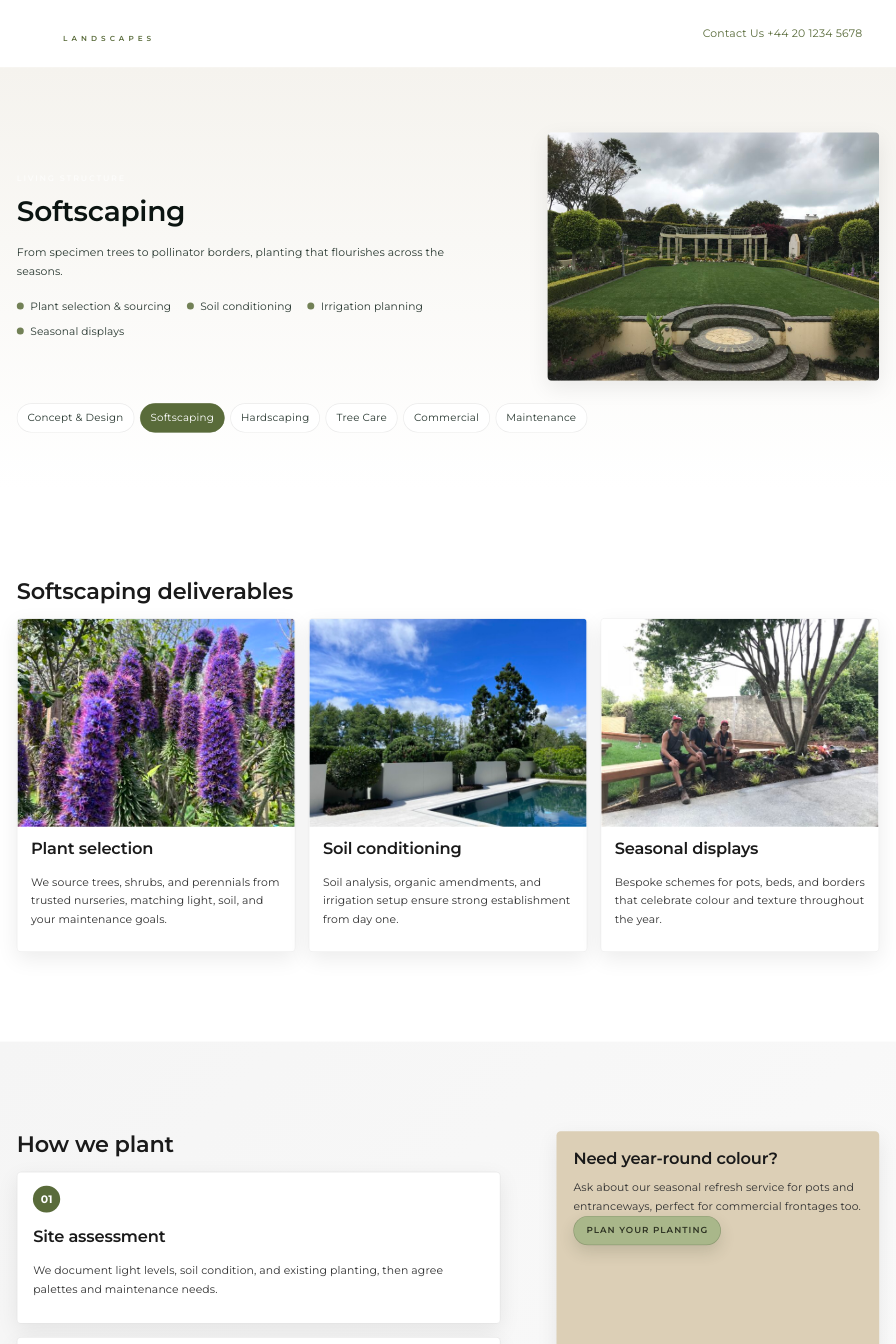
Repository: JoelMann1/MackenzieLandscapes
Page: softscaping.html
The author's editor kept a copy of each file at every save. The page is drawn from the files as they stood at one save, then again after the next save.
The browser window is 1280 px wide. The pictures show the part of the page from y = 0 to 1920 px (the page is 3868 px tall), at 70% of full size.

Above is the page before, as saved 2025-10-31 14:15:45.

After the next save:
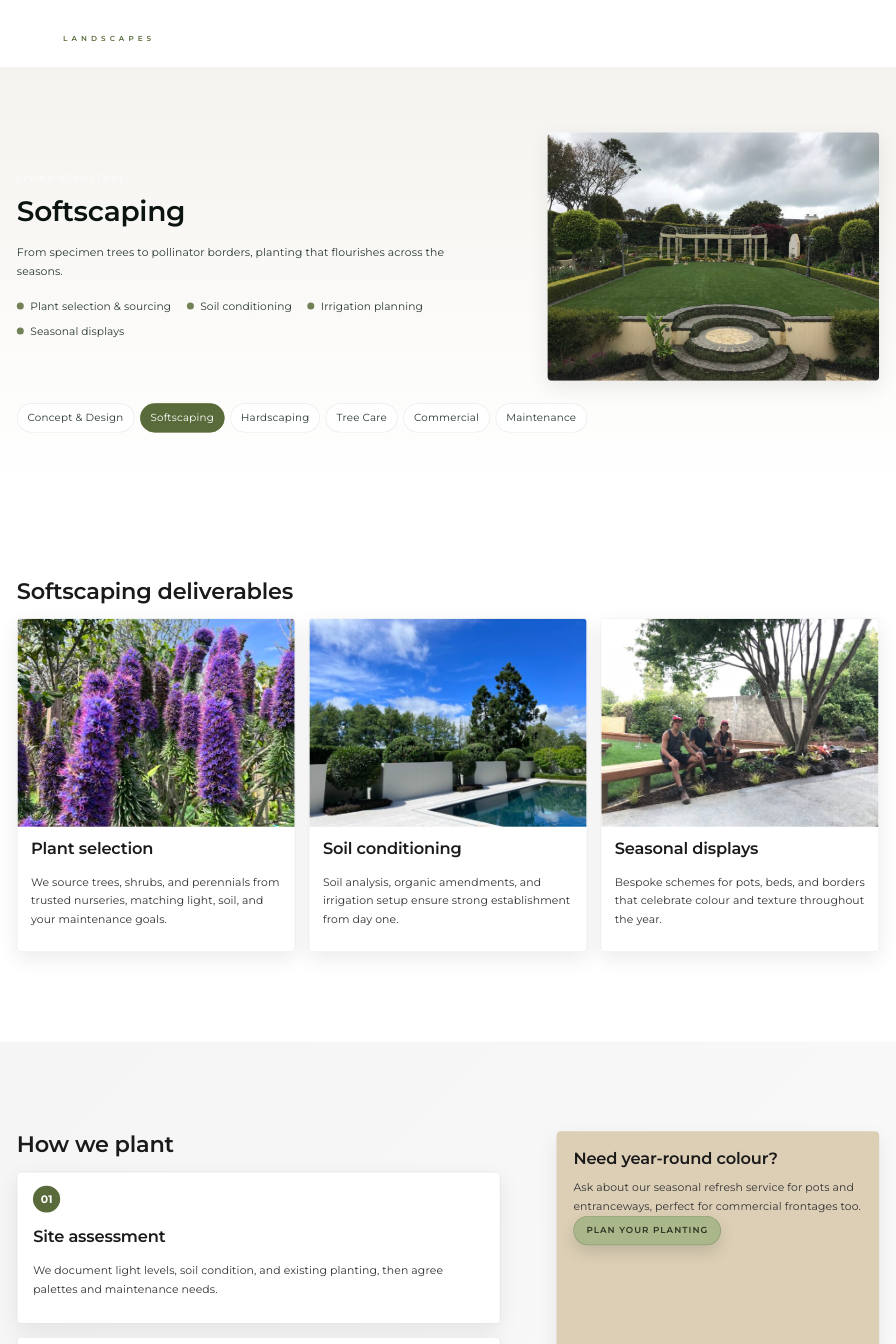
Saved 34 s later.
--- a/softscaping.html
+++ b/softscaping.html
@@ -31,12 +31,10 @@
         <li class="menu-item"><a role="menuitem" href="about.html">About</a></li>
         <li class="menu-item"><a role="menuitem" href="gallery.html">Gallery</a></li>
         <li class="menu-item"><a role="menuitem" href="pricing.html">Pricing</a></li>
+        <li class="menu-item"><a role="menuitem" href="contact.html">Contact</a></li>
       </ul>
     </nav>
-    <div class="nav-cta">
-      <a class="cta" href="contact.html">Contact Us</a>
-      <a class="phone" href="tel:+442012345678">+44 20 1234 5678</a>
-    </div>
+    <a class="nav-phone" href="tel:+442012345678">09 242 4548</a>
     <button class="mobile-menu-toggle" type="button" aria-label="Toggle mobile menu" aria-expanded="false" aria-controls="mobile-menu">
       <span class="hamburger-line"></span>
       <span class="hamburger-line"></span>
